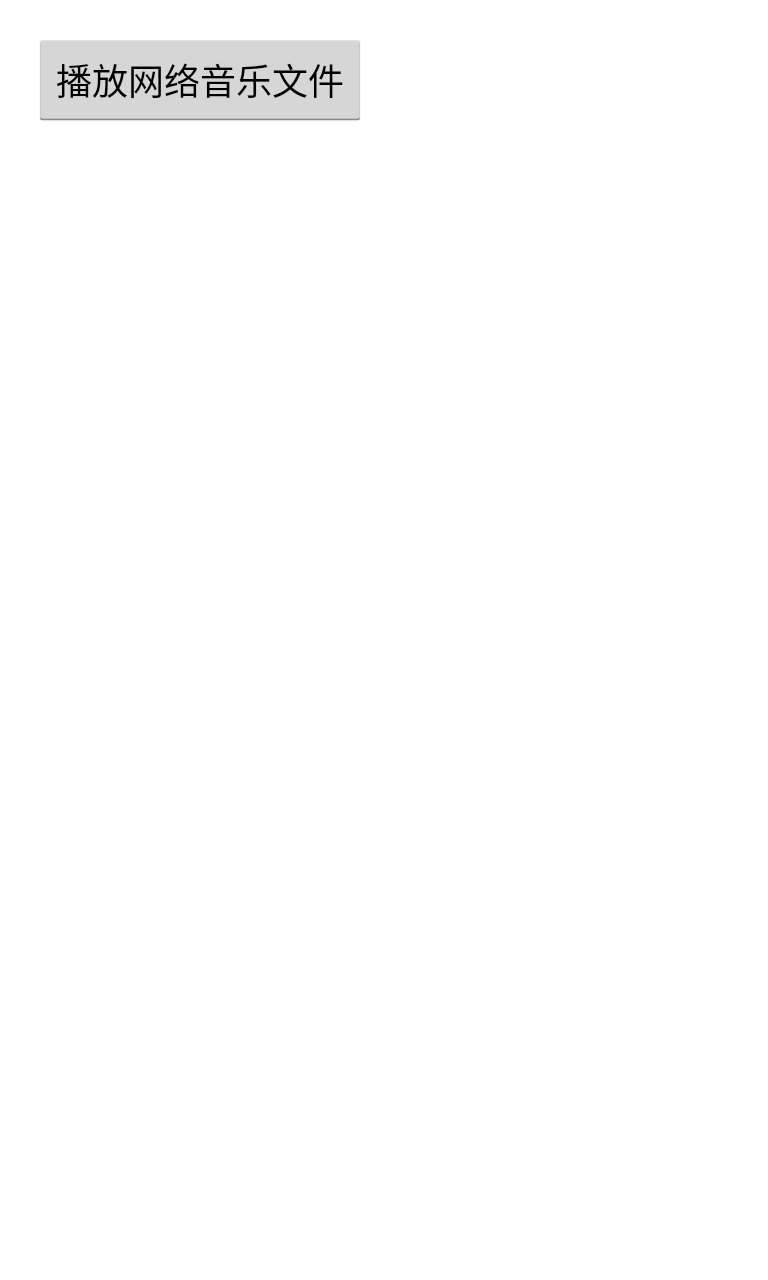
Repository: xfhy/Usually-learn-Android
Layout: 多媒体/7.播放视频/res/layout/activity_main.xml
These files come from the project's save history. The layout is drawn as it stood at one moment and after the next save; the edit follows.
It is drawn on a 768 x 1280 px phone screen (xhdpi) without system bars, with theme AppTheme; the app's code is not run.

Above is the layout before, as saved 2017-02-09 12:02:52.

### 多媒体/7.播放视频/res/layout/activity_main.xml
<RelativeLayout xmlns:android="http://schemas.android.com/apk/res/android"
    xmlns:tools="http://schemas.android.com/tools"
    android:layout_width="match_parent"
    android:layout_height="match_parent"
    android:paddingBottom="@dimen/activity_vertical_margin"
    android:paddingLeft="@dimen/activity_horizontal_margin"
    android:paddingRight="@dimen/activity_horizontal_margin"
    android:paddingTop="@dimen/activity_vertical_margin"
    tools:context="com.itheima.playmusic.MainActivity$PlaceholderFragment" >

    <Button
        android:id="@+id/bt_play"
        android:layout_width="wrap_content"
        android:layout_height="wrap_content"
        android:text="播放网络音乐文件" />

</RelativeLayout>

Loaded but not shown: 多媒体/7.播放视频/res/values/styles.xml (common file); 多媒体/7.播放视频/res/values-v11/styles.xml (common file); 多媒体/7.播放视频/res/values-v14/styles.xml (common file); 多媒体/7.播放视频/res/values/dimens.xml (common file); 多媒体/7.播放视频/res/values-w820dp/dimens.xml (common file)

After the next save:
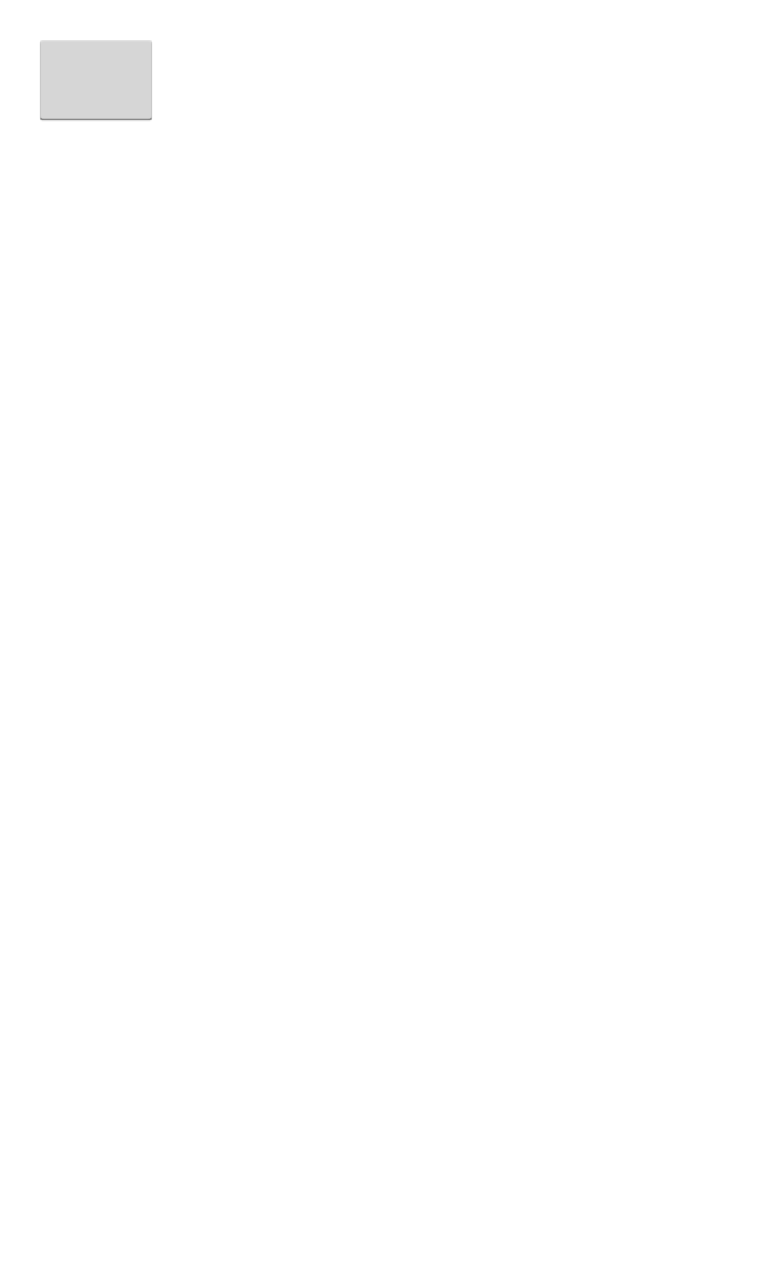
Saved 53 s later.
--- a/多媒体/7.播放视频/res/layout/activity_main.xml
+++ b/多媒体/7.播放视频/res/layout/activity_main.xml
@@ -11,7 +11,6 @@
     <Button
         android:id="@+id/bt_play"
         android:layout_width="wrap_content"
-        android:layout_height="wrap_content"
-        android:text="播放网络音乐文件" />
+        android:layout_height="wrap_content"/>
 
 </RelativeLayout>
